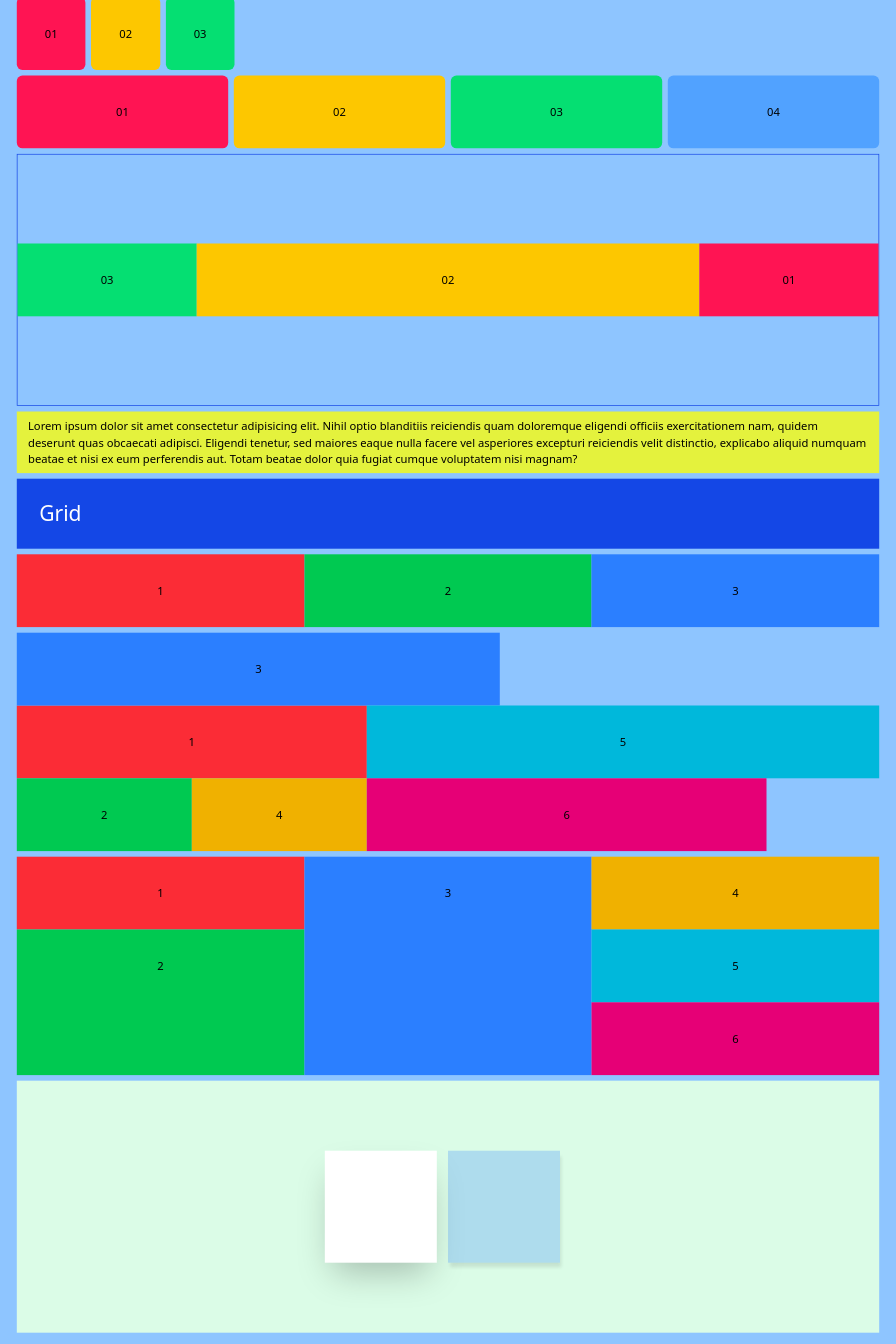
Repository: DinTri/TailwindCss
Page: index.html
An editor plug-in stored every save of this project. The page is shown before and after the next save, followed by the edit.
The browser window is 1280 px wide. The pictures show the part of the page from y = 4077 to 5997 px (the page is 5997 px tall), at 70% of full size.
Some web fonts or font styles are not loaded; a fallback is used.

Above is the page before, as saved 2025-06-18 22:56:58.

### index.html
<!DOCTYPE html>
<html lang="en" class="dark">
  <head>
    <meta charset="UTF-8">
    <meta name="viewport" content="width=device-width, initial-scale=1">
    <title>Play with Tailwind</title>
    <link rel="preconnect" href="https://fonts.googleapis.com">
<link rel="preconnect" href="https://fonts.gstatic.com" crossorigin>
<link href="https://fonts.googleapis.com/css2?family=Edu+VIC+WA+NT+Hand+Pre:wght@400..700&display=swap" rel="stylesheet">
    <link rel="stylesheet" href="style.css">
    </head>
  <body class="h-screen bg-blue-300">
    <div class="m-2 p-4 space-y-2">
      <section class="text-center py-6">
  <h1 class="text-5xl leading-tight font-bold mt-8">
    Welcome to Our Product
  </h1>
  <p class="text-xl leading-relaxed">
    Discover features that will change the way you work.
  </p>
</section>
<div class="product-description">
  <h2 class="text-2xl leading-snug">
    Product Features
  </h2>
  <ul class="list-disc pl-5 leading-normal">
    <li>High-quality materials</li>
    <li>Innovative design</li>
    <li>Exceptional performance</li>
  </ul>
</div>
<form class="max-w-md mx-auto">
  <label id="testLabel" class="block text-sm leading-tight mb-2">
    Email Address
  </label>
  <input type="email" aria-labelledby="testLabel" class="w-full border rounded px-3 py-2 mb-4">
  <small class="text-xs leading-snug text-gray-600">
    We'll never share your email with anyone else.
  </small>
</form>
    <p class="text-3xl leading-none">Lorem ipsum dolor sit amet consectetur adipisicing elit. Nulla, aliquam cupiditate! Blanditiis ipsum, voluptas necessitatibus vel eos suscipit nam possimus ducimus magni consequuntur earum numquam. Omnis ut voluptatum aliquam, architecto sed ad, velit magnam voluptate delectus, a maxime minima at ullam temporibus?</p>
    <p class="text-base leading-normal font-[var(--font-extbold)]">
  This text scales smoothly with font size changes.
</p>
<h1 class="text-4xl leading-10 text-right">
  Precise Heading Alignment
</h1>
<p class="text-2xl font-medium text-[var(--color-deeppink)]">
  This text is deep pink!
</p>
<div class="bg-black p-4">
<p class="text-2xl text-[var(--color-turquoise)]">
  This text uses a custom turquoise color!
</p>
</div>
<div class="bg-gray-100 p-4">
  <p class="text-[#000080] text-2xl">
    This navy blue text stands out on a light gray background.
  </p>
  <p class="line-through">Lorem ipsum, dolor sit amet consectetur adipisicing elit. Porro id suscipit quaerat minus corporis hic nobis ipsa ut distinctio esse?</p>
  <p class="underline underline-offset-4">Lorem ipsum dolor sit amet consectetur adipisicing elit. Cum placeat laboriosam illum officia aliquid quibusdam sed perferendis temporibus a architecto?</p>
  <p class="underline decoration-amber-500 decoration-wavy">Lorem ipsum dolor sit amet consectetur adipisicing elit. Illo, explicabo! Omnis odit non eum tempore corrupti atque illum nemo libero.</p>
</div>
<ul class="list-[upper-roman] p-[revert]">
  <li>item 1</li>
  <li>item 2</li>
  <li>item 3</li>
</ul>
<ul class="list-emoji pl-6">
  <li class="before:content-['🔥'] before:mr-2">Fire</li>
  <li class="before:content-['⭐'] before:mr-2">Star</li>
  <li class="before:content-['🍆'] before:mr-2">Dick</li>
  <li class="before:content-['👉👌💦'] before:mr-2">Fuck</li>
  <li class="before:content-['💖💗🥰💞'] before:mr-2">Love</li>
</ul>
<p class="text-lg/relaxed">
  The font size is `lg`, and the line height is `relaxed`.
</p>
<p class="leading-relaxed" lang="ja">
  日本語のテキストがここに入ります。
</p>
<p class="leading-[1.45]">
  This paragraph has a custom line height of 1.45.
</p>
<p class="text-justify">Lorem ipsum dolor sit amet consectetur, adipisicing elit. Accusantium quasi porro harum recusandae, molestiae reprehenderit fugiat aut, voluptate in voluptatem corporis, error quod veritatis cum esse consequatur est quidem ratione officia vel tenetur quas incidunt. Molestias eligendi praesentium tenetur reprehenderit provident ipsam voluptates deleniti, animi quas velit. Fugiat, aliquam earum!</p>
<h1 class="leading-[3rem] text-center">
  Heading with a line height of 3rem.
</h1>
<p class="text-2xl/8 text-end">
  The font size is `2xl`, and the line height is `2rem` (32px).
</p>
<p class="leading-normal md:leading-relaxed lg:leading-loose text-start" dir="rtl">
  This paragraph's line height changes on medium and large screens.
</p>
<p class="text-base leading-6 mb-6">
  Paragraph with a line height of 24px and a bottom margin of 24px.
</p>
<div class="space-y-2">
  <p class="bg-[var(--color-deeppink)]">Lorem ipsum, dolor sit amet consectetur adipisicing elit. Necessitatibus earum ducimus pariatur doloribus nihil perferendis soluta enim natus optio expedita commodi amet ipsum minus dolor libero aspernatur temporibus, nulla quibusdam, excepturi iste eveniet consequuntur maxime ut. Corporis ipsam accusantium hic quisquam in temporibus odio voluptate.</p>
  <p class="bg-blue-600">Lorem ipsum, dolor sit amet consectetur adipisicing elit. Ea voluptatum rem esse ipsum tempora reiciendis nulla eum, omnis, provident repellat culpa? Explicabo ad expedita ipsum est, architecto illo nulla reprehenderit earum non at, minima consequatur fugiat repudiandae? Suscipit laboriosam deserunt harum doloremque odio nam facere doloribus quae blanditiis, cum itaque?</p>
</div>
<div class="space-x-8">
  <span class="bg-blue-500">Lorem ipsum, dolor sit amet consectetur adipisicing elit. Voluptatibus, facere labore. Ratione molestias esse tempore mollitia, illo voluptatum beatae ut!</span><span class="bg-yellow-500">Lorem ipsum dolor sit amet consectetur adipisicing elit. Ullam nihil perspiciatis iste laboriosam est sit dignissimos a nemo expedita nostrum quo repellat, itaque ipsam pariatur?</span>
</div>
<p class="bg-black text-yellow-200 w-60">Lorem ipsum dolor sit amet consectetur adipisicing elit. Animi, eos.</p>
<div class="bg-blue-900 text-yellow-200 max-w-screen-md mx-auto p-3">Lorem ipsum dolor sit amet consectetur, adipisicing elit. Dolores ut dolor ad fugit rerum velit dicta repudiandae id iusto. Molestias, omnis labore distinctio eveniet delectus earum ratione odit sed accusamus dolor modi ducimus optio natus iste exercitationem ad minus facilis! Reiciendis explicabo impedit quos voluptate, ratione soluta deleniti quis recusandae illum laboriosam! Explicabo eveniet asperiores qui rerum libero velit harum illo alias, expedita voluptatibus omnis laudantium quam ipsam nulla deserunt nihil unde. Neque itaque, provident laborum impedit aut nobis consequatur eum, quasi dolorem, molestiae nostrum labore. Blanditiis nisi non amet assumenda. Dignissimos et provident ipsam possimus maiores reiciendis beatae. Sequi eaque corporis sit beatae harum placeat consectetur quas tenetur fugiat ratione voluptas nostrum inventore facere magnam voluptates, expedita fuga sunt quasi tempora similique incidunt, doloremque porro blanditiis quidem! Ipsum earum corporis, voluptatem molestiae quidem fugit at, repellat qui adipisci deleniti porro, veritatis dolores illo exercitationem eos tempora possimus? Similique quam velit nobis inventore perspiciatis, amet quis delectus culpa saepe eum, ratione tenetur corrupti neque! Excepturi accusamus possimus, magni totam aliquid, fugit vel unde aut, recusandae voluptatibus debitis perspiciatis at? Assumenda, est sequi! Error, ab? Perspiciatis soluta quod esse eligendi provident omnis. Qui fugit iure nam praesentium quia itaque. Nisi, error?</div>
<div class="bg-blue-700 size-10 mb-3">Trifon</div>
<p class="max-w-xl mx-auto border-4 border-[#ff1493] border-double rounded-lg p-2">Lorem ipsum dolor sit amet consectetur adipisicing elit. Magnam reprehenderit nam doloremque, ipsam saepe culpa modi accusantium ipsa. Quae molestiae temporibus vitae modi? Voluptatibus, sint.</p>
<div class="divide-y-2 divide-amber-400">
  <p class="">Lorem ipsum dolor sit amet consectetur, adipisicing elit. Omnis ducimus odit voluptatibus minima laudantium doloremque non, excepturi deserunt veniam eveniet veritatis. Repellat aut animi aliquam?</p>
  <p class="">Lorem ipsum dolor sit amet consectetur adipisicing elit. Velit temporibus repudiandae quasi esse voluptate omnis voluptatem, repellendus quo maxime eum non eaque! Sint ex nulla quam omnis quae, magnam nisi.</p>
</div>
<div class="divide-x-4 divide-[#ff1493] mb-4"><span>Trifon fucks</span><span>the tiny tight pussy of Lincheto</span></div>
<button class="outline-2 outline-blue-700 outline-offset-4 p-2 flex items-center justify-center mx-auto bg-blue-700 text-white mb-3 cursor-pointer">Click me, pls</button>
<form class="max-w-sm mx-auto space-y-6">
  <div>
  <label for="my">Test States</label>
  <input minlength="6" placeholder="Username" type="text" id="my" class="peer/username w-full border-slate-400 border-2 rounded-md px-3 py-2 mb-1 focus:outline-sky-600" />
  <p class="text-red-500 hidden peer-focus/username:block">Minimum 6 chars</p>
  <button type="submit" class="w-full bg-blue-500 text-white px-3 py-2 cursor-pointer rounded-xl font-semibold hover:bg-sky-700 hover:font-bold active:bg-red-500">Submit</button>
  </div>
  <div>
  <label for="my">Test siblings</label>
  <input minlength="8" type="password" id="my" placeholder="Password" class="peer/password w-full border-slate-400 border-2 rounded-md px-3 py-2 mb-1 focus:outline-sky-600" />
  <p class="text-red-500 hidden peer-invalid/password:block">Minimum 8 chars</p>
  <button type="submit" class="w-full bg-blue-500 text-white px-3 py-2 cursor-pointer rounded-xl font-semibold hover:bg-sky-700 hover:font-bold active:bg-red-500">Submit</button>
  </div>
</form>

<div class="group/parent1 space-y-6 max-w-sm mx-auto mt-6 hover:bg-[#ff1453]">
  <h3 class="font-semibold group-hover/parent1:text-white">This is Trifon's header</h3>
  <p class="text-indigo-800 text-justify group-hover/parent1:text-white">Lorem ipsum dolor, sit amet consectetur adipisicing elit. Pariatur, recusandae ex quod soluta repellendus architecto dolore quis quos tempore eveniet esse, delectus distinctio nesciunt hic ipsum neque iure ad! Blanditiis!</p>
  <button disabled class="group/parent2 group-hover:text-white bg-emerald-800 rounded-2xl disabled:bg-emerald-500 disabled:cursor-not-allowed px-3 py-2">Hover me <span class="hidden group-hover/parent2:inline text-white">You will see some magic, just hover me. Yeah... but you are disabled, shame on you</span></button></div>
  <ul class="flex justify-center align-items:center gap-4 py-3 mx-auto *:text-red-500 font-semibold *:bg-green-500 *:inline *:rounded-xl *:px-3 *:py-2" >
    <li class="">Item 1</li>
    <li class="">Item 2</li>
    <li class="">Item 3</li>
    <li class="">Item 4</li>
    <li class="">Item 5</li>
  </ul>
  <ul class="custom-list flex justify-center items-center gap-4 py-3 mx-auto font-semibold">
    <li>Item 1</li>
    <li>Item 2</li>
    <li>Item 3</li>
    <li>Item 4</li>
    <li>Item 5</li>
</ul>
  <div class="flex flex-col justify-center items-center py-3 mx-auto">
    <p class="max-w-sm mx-auto px-2 py-4 text-sm md:text-xl lg:max-w-md xs:text-3xl font-semibold">Lorem ipsum dolor sit amet consectetur adipisicing elit. Quae sapiente quaerat voluptate ut soluta, animi mollitia eaque pariatur repellat aliquam sed officiis delectus consectetur tempore placeat id itaque ratione, omnis possimus quidem distinctio ullam. Quasi voluptatem adipisci quo dolor. Magni!</p>
    <p class="bg-red-500 md:max-lg:bg-blue-600 mb-4">Lorem ipsum dolor sit amet consectetur adipisicing elit. Laudantium, consequuntur temporibus quisquam assumenda ipsa placeat praesentium maiores quasi quaerat, reprehenderit hic, voluptatibus facilis neque labore odit distinctio officiis adipisci fugiat!</p>
    <p class="px-2 py-3 sup-xs:bg-deeppink sup-md:bg-turquoise sup-lg:text-pink can-hover:hover:underline touch:bg-gray max-sm:font-edu mb-4">Lorem ipsum dolor sit amet consectetur adipisicing elit. Quod tempore consequuntur molestiae maiores accusantium consequatur quae, mollitia earum dolorum ullam error molestias ex veniam. Error exercitationem magnam illum cumque aliquam.</p>
    <p class="px-2 py-3 bg-yellow-400 md-to-lg:bg-blue-600 mb-4 max-w-screen-lg">Lorem ipsum dolor sit amet consectetur adipisicing elit. Eos, sit. Nisi, ipsum iusto quaerat tempora dolorum illo harum. Ab illum pariatur dolores. Delectus excepturi ipsam voluptates perferendis expedita est sint!</p>
  </div>
  <div><h3>Add dark mode below</h3></div>
  <div class="bg-gray-50 dark:bg-gray-800 dark:text-white">Lorem ipsum, dolor sit amet consectetur adipisicing elit. Nemo ab, nobis nulla doloremque tempora eius illum mollitia repellat totam minima saepe cumque laborum officiis tempore sunt deserunt, maxime quas? Magni?</div>
  <button class="dark:text-white mt-4 bg-green-500 px-3 py-2 rounded-2xl mb-4" onClick="document.documentElement.classList.toggle('dark')">Toggle mode</button>
  <div class="bg-[#ff1453] p-10">Play with display</div>
  <p class="">Lorem ipsum dolor sit amet consectetur adipisicing elit. Corporis veniam impedit, ut enim, quas vero ratione nemo veritatis hic quod numquam voluptatibus voluptatum non voluptatem omnis, aliquam repudiandae aperiam!</p>
  <div class="inline-flex hover:flex-col gap-2 *:rounded-lg">
    <div class="p-10 bg-[#ff1453]">01</div>
    <div class="p-10 bg-yellow-400">02</div>
    <div class="p-10 bg-green-400">03</div>
  </div>
  <div class="flex justify-between  hover:flex-row-reverse gap-2 *:rounded-lg *:text-center">
    <div class="basis-128 p-10 bg-[#ff1453]">01</div>
    <div class="basis-128 p-10 bg-yellow-400">02</div>
    <div class="basis-128 p-10 bg-green-400">03</div>
    <div class="basis-128 p-10 bg-blue-400">04</div>
  </div>
  <!--flex; flex-1; flex-auto; flex-shrink; flex-initial; flex-none;content-; justify-center items-center -->
  <div class="flex flex-row-reverse h-[50vh] justify-center items-center *:text-center border border-blue-700">
    <div class="basis-64 p-10 bg-[#ff1453] w-1/2">01</div>
    <div class="text-center grow basis-128 p-10 w-1/2 bg-yellow-400">02</div>
    <div class="basis-64 p-10 bg-green-400 w-1/2">03</div>
</div>
  <div class="fixed top-0 left-0 right-0 p-6 mb-6 bg-blue-500">Fixed element</div>
  <div class="bg-avocado-400 mx-auto px-2 py-2 sm:px-2 md:px-3 lg:px-4">Lorem ipsum dolor sit amet consectetur adipisicing elit. Nihil optio blanditiis reiciendis quam doloremque eligendi officiis exercitationem nam, quidem deserunt quas obcaecati adipisci. Eligendi tenetur, sed maiores eaque nulla facere vel asperiores excepturi reiciendis velit distinctio, explicabo aliquid numquam beatae et nisi ex eum perferendis aut. Totam beatae dolor quia fugiat cumque voluptatem nisi magnam?</div>
  <div class="bg-blue-700 text-white p-8 text-3xl">Grid</div>
  <div class="*:text-center grid grid-cols-3">
    <div class="bg-red-500 p-10">1</div>
    <div class="bg-green-500 p-10">2</div>
    <div class="bg-blue-500 p-10">3</div>
  </div>
  <div class="*:text-center grid grid-rows-3 grid-flow-col">
    <div class="bg-red-500 p-10 col-span-2">1</div>
    <div class="bg-green-500 p-10">2</div>
    <div class="bg-blue-500 p-10 col-start-1 col-end-4">3</div>
    <div class="bg-yellow-500 p-10">4</div>
    <div class="bg-cyan-500 p-10 col-span-4">5</div>
    <div class="bg-pink-600 p-10 col-span-3">6</div>
  </div>
  <div class="*:text-center grid grid-rows-3 grid-flow-col">
    <div class="bg-red-500 p-10">1</div>
    <div class="bg-green-500 p-10 row-span-2">2</div>
    <div class="bg-blue-500 p-10 row-start-1 row-end-4">3</div>
    <div class="bg-yellow-500 p-10">4</div>
    <div class="bg-cyan-500 p-10">5</div>
    <div class="bg-pink-600 p-10">6</div>
  </div>
  <div class="flex justify-center items-center min-h-[50vh] bg-green-100">
    <div class="size-40 bg-white shadow-2xl"></div>
     <div class="mx-4 size-40 bg-blue-500 shadow-[3px_8px_5px_rgba(0,0,0,0.4)] opacity-25"></div>
  </div>
</div>

  </body>
</html>

Loaded but not shown: style.css (2230 lines, source omitted)

After the next save:
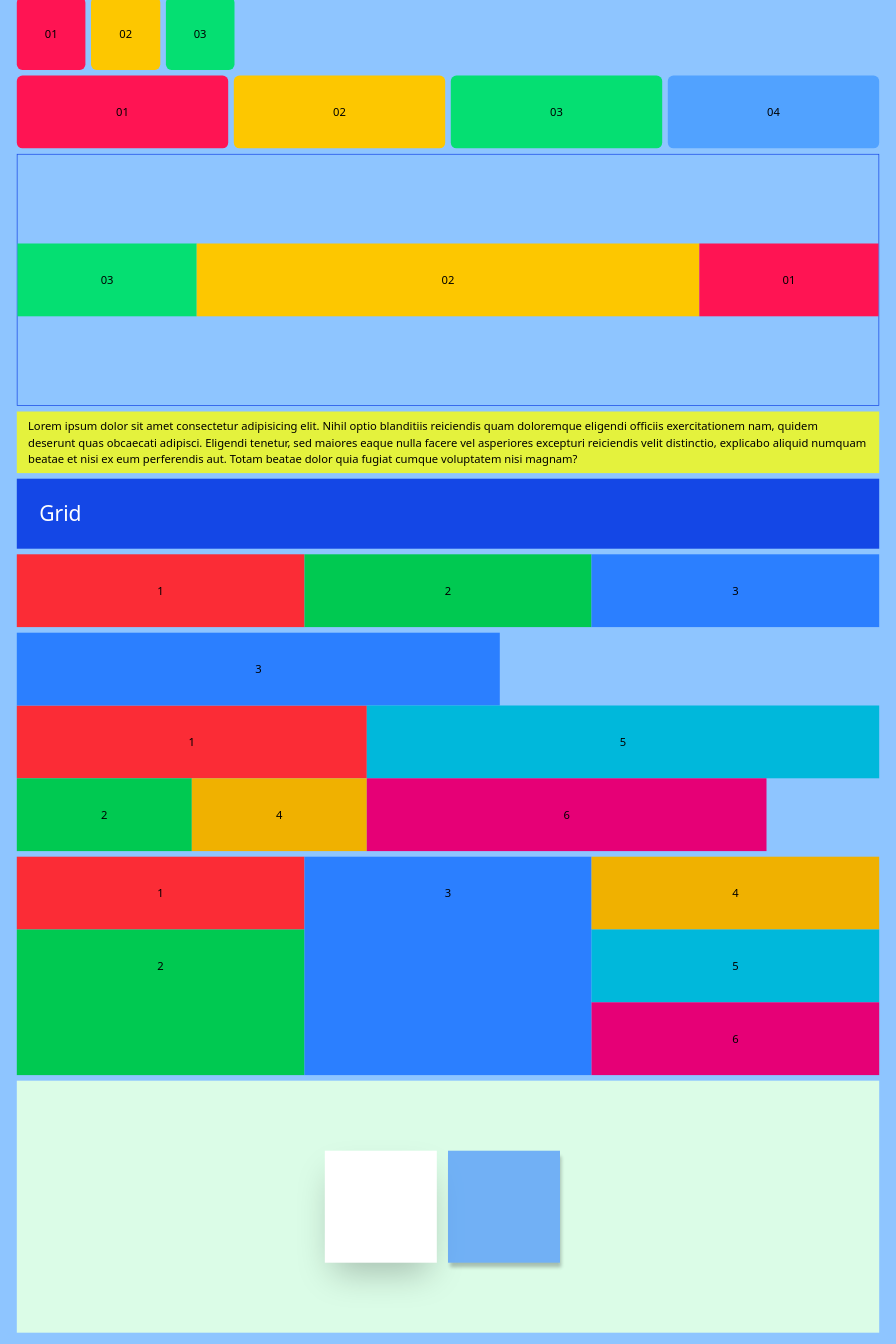
Saved 21 s later.
--- a/index.html
+++ b/index.html
@@ -199,7 +199,7 @@
   </div>
   <div class="flex justify-center items-center min-h-[50vh] bg-green-100">
     <div class="size-40 bg-white shadow-2xl"></div>
-     <div class="mx-4 size-40 bg-blue-500 shadow-[3px_8px_5px_rgba(0,0,0,0.4)] opacity-25"></div>
+     <div class="mx-4 size-40 bg-blue-500 shadow-[3px_8px_5px_rgba(0,0,0,0.4)] opacity-60"></div>
   </div>
 </div>
 
